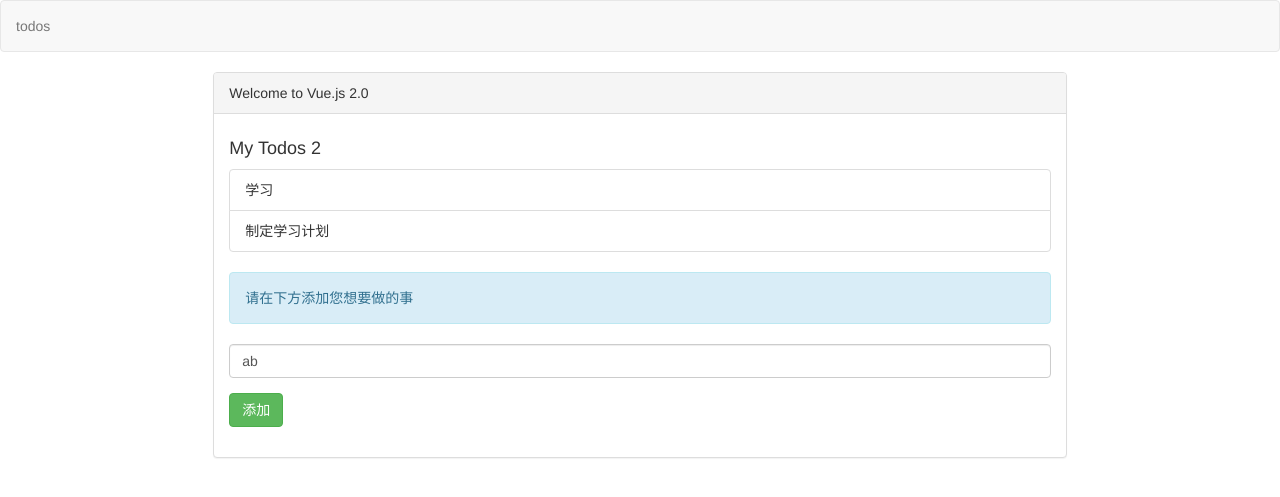
Repository: myr1111/todo
Page: Todoapp/index.html
The author's editor kept a copy of each file at every save. The page is drawn from the files as they stood at one save, then again after the next save.
The browser window is 1280 px wide. The pictures show the whole page.

Above is the page before, as saved 2019-04-01 08:38:33.

### Todoapp/index.html
<!DOCTYPE html>
<html lang="en">
<head>
    <meta charset="UTF-8">
    <meta name="viewport" content="width=device-width, initial-scale=1.0">
    <meta http-equiv="X-UA-Compatible" content="ie=edge">
    <title>Document</title>
    <link rel="stylesheet" href="bootstrap.min.css">
    <script src="vue.min.js"></script>
</head>
<body>
    <nav class="navbar navbar-default">
        <p class="navbar-text">todos</p>
    </nav>
    <div id="app" class="container col-md-8 col-md-offset-2">
        <div class="row">
            <div class="panel panel-default">
                <div class=" panel-heading">Welcome to Vue.js 2.0</div>
                <div class="panel-body">
                    <h4>My Todos {{todosCount}}</h4>
                    <ul class="list-group">
                        <li class="list-group-item"
                            v-for="todo in todos"
                        >{{todo.title}}</li>
                    </ul>
                    <div class="alert alert-info">请在下方添加您想要做的事</div>
                    <form v-on:submit.prevent="add()">
                        <div class="form-group">
                            <input v-model="newTodo.title" type="text" placeholder="请输入您想要做的事" class="form-control">
                        </div>
                        <div class="form-group">
                            <button type="submit" class="btn btn-success">添加</button>
                        </div>
                    </form>
                </div>
            </div>
        </div>
    </div>
    <script>
        new Vue({
            el : "#app",
            data : {
                todos : [
                    {title : "学习"},
                    {title : "制定学习计划"}
                ],
                newTodo : {title : "ab"}
            },
            computed: {
                todosCount(){
                    return this.todos.length;
                }
            },
            methods: {
                add(){
                    this.todos.push(this.newTodo);
                }
            },
        });

    </script>
</body>
</html>

Loaded but not shown: Todoapp/bootstrap.min.css (library); Todoapp/vue.min.js (library)

After the next save:
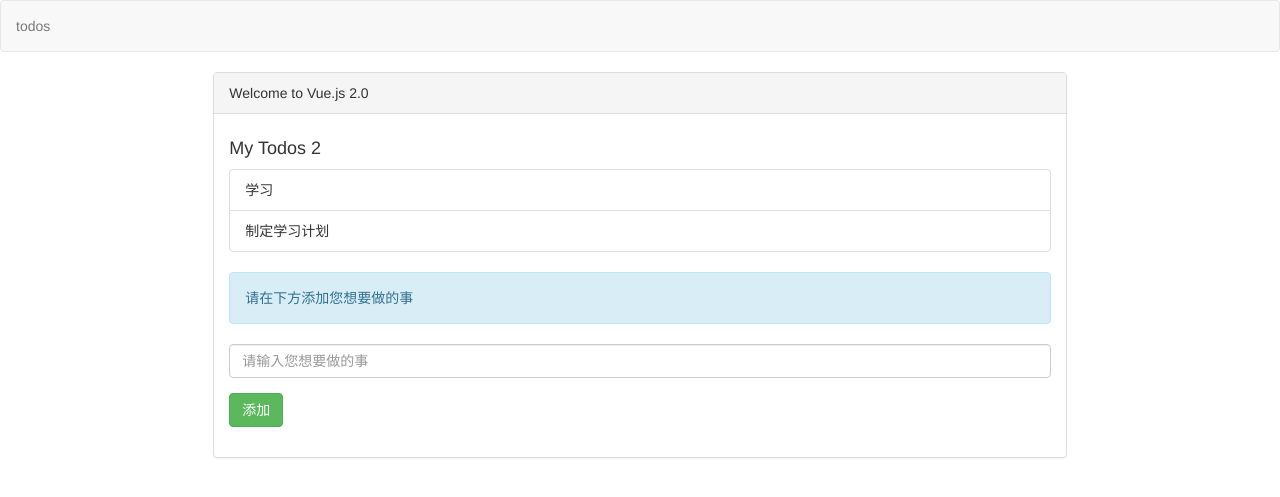
Saved 19 s later.
--- a/Todoapp/index.html
+++ b/Todoapp/index.html
@@ -44,7 +44,7 @@
                     {title : "学习"},
                     {title : "制定学习计划"}
                 ],
-                newTodo : {title : "ab"}
+                newTodo : {title : ""}
             },
             computed: {
                 todosCount(){
